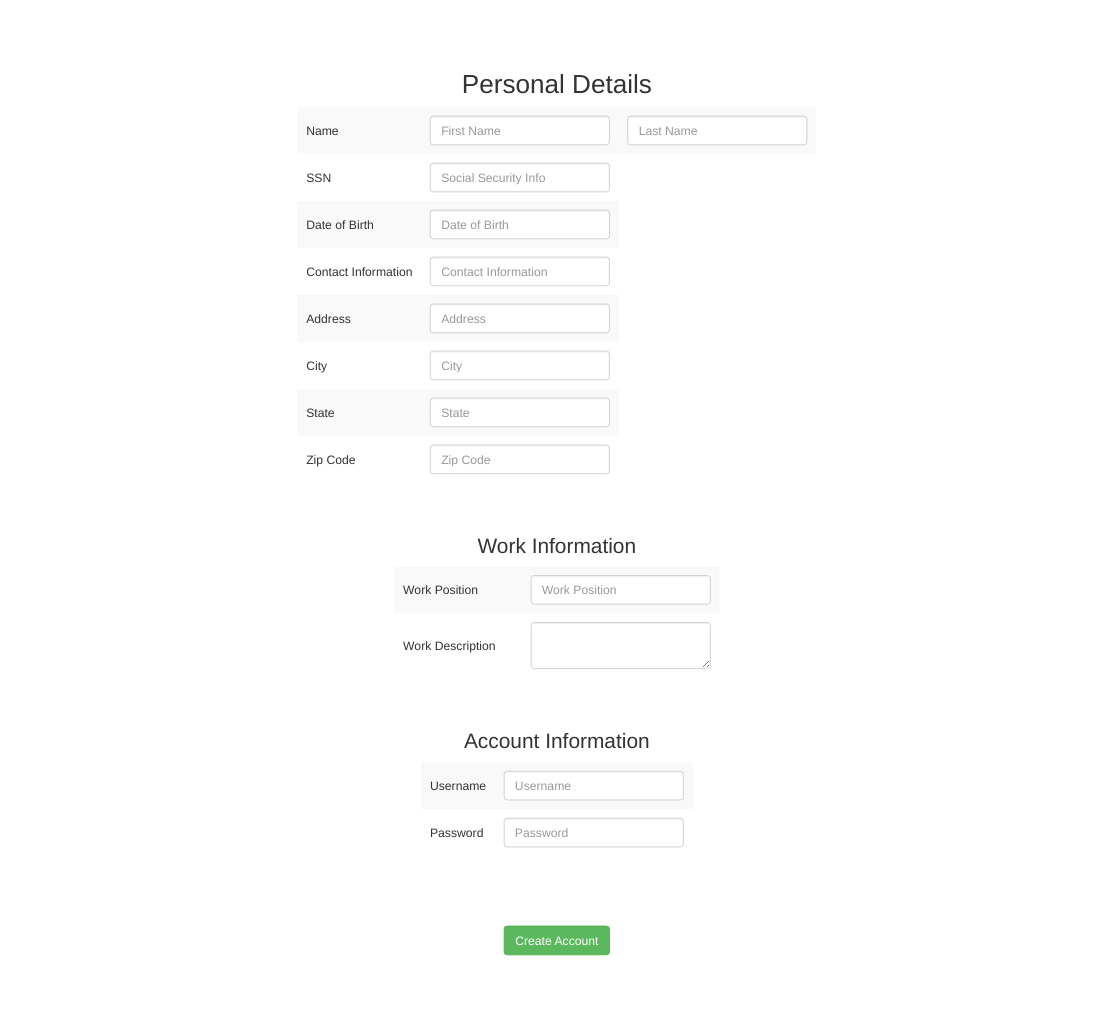
Repository: harshadrane89/CMPE273-WebService-AirlineManagement
Page: http://localhost/AirlineManagementSystemClient/TwitterGUI/CreateEmployee.jsp
These files come from the project's save history. The page is drawn as it stood at one moment and after the next save; the edit follows.
The browser window is 1280 px wide. The pictures show the whole page, at 87% of full size.
The page is served by Tomcat 9. Other server files are loaded and not shown.

Above is the page before, as saved 2013-12-08 06:48:02.

### 273_Project_Tomcat/AirlineManagementSystemClient/WebContent/TwitterGUI/CreateEmployee.jsp
<%@page import="com.airlinemgmt.beans.AirlineEmployee"%>
<%@ page language="java" contentType="text/html; charset=ISO-8859-1"
	pageEncoding="ISO-8859-1"%>
<!DOCTYPE html PUBLIC "-//W3C//DTD HTML 4.01 Transitional//EN" "http://www.w3.org/TR/html4/loose.dtd">
<html>
<head>
<meta http-equiv="Content-Type" content="text/html; charset=ISO-8859-1">
<title></title>
<link href="../css/bootstrap.min.css" rel="stylesheet" media="screen">
</head>
<body>
	<form action="">
	<%
	AirlineEmployee emp=new AirlineEmployee();
	if (session.getAttribute("empObj")!=null)
	{
		emp=(AirlineEmployee)session.getAttribute("empObj");
	}
		%>
		<center>
		<br>
		<br>
		<br>

			<h2>Personal Details</h2>

			<table cellpadding="10px" cellspacing="10px" class="table-striped">
				<tr>
					<td>Name</td>
					<td><input type="text" placeholder="First Name" name="fName"
						value="<%=emp.getfName()!=null?emp.getfName():""%>" class="form-control" required="true"></td>
					<td><input type="text" placeholder="Last Name" name="lName"
						value="<%=emp.getlName()!=null?emp.getlName():""%>" class="form-control" required="true"></td>
				</tr>
				<tr>
					<td>SSN</td>
					<td><input type="text" placeholder="Social Security Info"
						name="ssn" value="<%=emp.getSSN()!=null?emp.getSSN():""%>" class="form-control" required="true"></td>
				</tr>
				<tr>
					<td>Date of Birth</td>
					<td><input type="text" placeholder="Date of Birth" name="dob" value="<%=emp.getDob()!=null?emp.getDob():""%>" class="form-control" required="true">
					</td>
				</tr>
				<tr>
					<td>Contact Information</td>
					<td><input type="text" placeholder="Contact Information"
						name="cInfo" value="<%=emp.getContactNo()!=null?emp.getContactNo():""%>" class="form-control" required="true"></td>
				</tr>
				<tr>
					<td>Address</td>
					<td><input type="text" placeholder="Address" name="address" value="<%=emp.getAddress()!=null?emp.getAddress():""%>" class="form-control" required="true">
					</td>
				</tr>
				<tr>
					<td>City</td>
					<td><input type="text" placeholder="City" name="city" value="<%=emp.getCity()!=null?emp.getCity():""%>" class="form-control" required="true">
					</td>
				</tr>
				<tr>
					<td>State</td>
					<td><input type="text" placeholder="State" name="state" value="<%=emp.getState()!=null?emp.getState():""%>" class="form-control" required="true" >
					</td>
				</tr>
				<tr>
					<td>Zip Code</td>
					<td><input type="text" placeholder="Zip Code" name="zip" value="<%=emp.getZipCode()!=null?emp.getZipCode():""%>" class="form-control" required="true" >
					</td>
				</tr>
			</table>

	</center>
	<br>
	<br>

	<center>
		<h3>Work Information</h3>
		<table cellpadding="10px" cellspacing="10px" class="table-striped">
			<tr>
				<td>Work Position</td>
				<td>
				<td>
				<input type="text" placeholder="Work Position" name="wTitle" value="<%=emp.getPosition()!=null?emp.getPosition():""%>" class="form-control" required="true" >
				</td>
			</tr>
			<tr>
				<td>Work Description</td>
				<td>
				<td><textarea placeholder="Work Description" name="wDesc" value="<%=emp.getWorkDesc()!=null?emp.getWorkDesc():""%>" class="form-control" required="true" >
					</textarea></td>
			</tr>

		</table>
	</center>
	<br>
	<br>

	<center>
		<h3>Account Information</h3>
		<table cellpadding="10px" cellspacing="10px" class="table-striped" class=" form-control">
			<tr>
				<td>
					Username
				</td>
				<td>
					<input type="text" placeholder="Username" name="uName" value="<%=emp.getUserName()!=null?emp.getUserName():""%>" class="form-control" required="true" >
				</td>
			</tr>
			<tr>
				<td>
					Password
				</td>
				<td>
					<input type="password" placeholder="Password" name="uPasswd" value="<%=emp.getPassword()!=null?emp.getPassword():""%>" class="form-control" required="true" >
				</td>
			</tr>

		</table>
		<br>
	<br>
	<br>
	<br>
			<input type="submit" value="Create Account" class="btn btn-success">
	</center>

	<br>
	<br>
	<br>
	<br>

	</form>
</body>
</html>

### 273_Project_Tomcat/AirlineManagementSystemClient/src/com/airlinemgmt/beans/Person.java
package com.airlinemgmt.beans;

import java.io.Serializable;

public class Person implements Serializable{

	/**
	 *
	 */
	private static final long serialVersionUID = 1L;
	private int personId;
	private String fName;
	private String lName;
	private String address;
	private String city;
	private String state;
	private String zipCode;
	private String dob;
	private int isActive;
	private String roleId;
	private String contactNo;
	private String password;
	private String userName;

	public String getPassword() {
		return password;
	}
	public void setPassword(String password) {
		this.password = password;
	}
	public String getUserName() {
		return userName;
	}
	public void setUserName(String username) {
		this.userName = username;
	}
	public String getContactNo() {
		return contactNo;
	}
	public void setContactNo(String contactNo) {
		this.contactNo = contactNo;
	}
	public int getPersonId() {
		return personId;
	}
	public void setPersonId(int personId) {
		this.personId = personId;
	}
	public String getfName() {
		return fName;
	}
	public void setfName(String fName) {
		this.fName = fName;
	}
	public String getlName() {
		return lName;
	}
	public void setlName(String lName) {
		this.lName = lName;
	}
	public String getAddress() {
		return address;
	}
	public void setAddress(String address) {
		this.address = address;
	}
	public String getCity() {
		return city;
	}
	public void setCity(String city) {
		this.city = city;
	}
	public String getState() {
		return state;
	}
	public void setState(String state) {
		this.state = state;
	}
	public String getZipCode() {
		return zipCode;
	}
	public void setZipCode(String zipCode) {
		this.zipCode = zipCode;
	}
	public String getDob() {
		return dob;
	}
	public void setDob(String dob) {
		this.dob = dob;
	}
	public int getIsActive() {
		return isActive;
	}
	public void setIsActive(int isActive) {
		this.isActive = isActive;
	}
	public String getRoleId() {
		return roleId;
	}
	public void setRoleId(String roleId) {
		this.roleId = roleId;
	}


}

### 273_Project_Tomcat/AirlineManagementSystemClient/src/com/airlinemgmt/beans/AirlineEmployee.java
package com.airlinemgmt.beans;

import java.io.Serializable;

public class AirlineEmployee extends Person implements Serializable {

	/**
	 *
	 */
	private static final long serialVersionUID = 1L;
	private String empId;
	private String workDesc;
	private String hireDate;
	private String position;
	private String SSN;

	public String getSSN() {
		return SSN;
	}

	public void setSSN(String sSN) {
		SSN = sSN;
	}

	public String getEmpId() {
		return empId;
	}

	public void setEmpId(String empId) {
		this.empId = empId;
	}

	public String getWorkDesc() {
		return workDesc;
	}

	public void setWorkDesc(String workDesc) {
		this.workDesc = workDesc;
	}

	public String getHireDate() {
		return hireDate;
	}

	public void setHireDate(String hireDate) {
		this.hireDate = hireDate;
	}

	public String getPosition() {
		return position;
	}

	public void setPosition(String position) {
		this.position = position;
	}

}

Loaded but not shown: 273_Project_Tomcat/AirlineManagementSystemClient/WebContent/css/bootstrap.min.css (library)

After the next save:
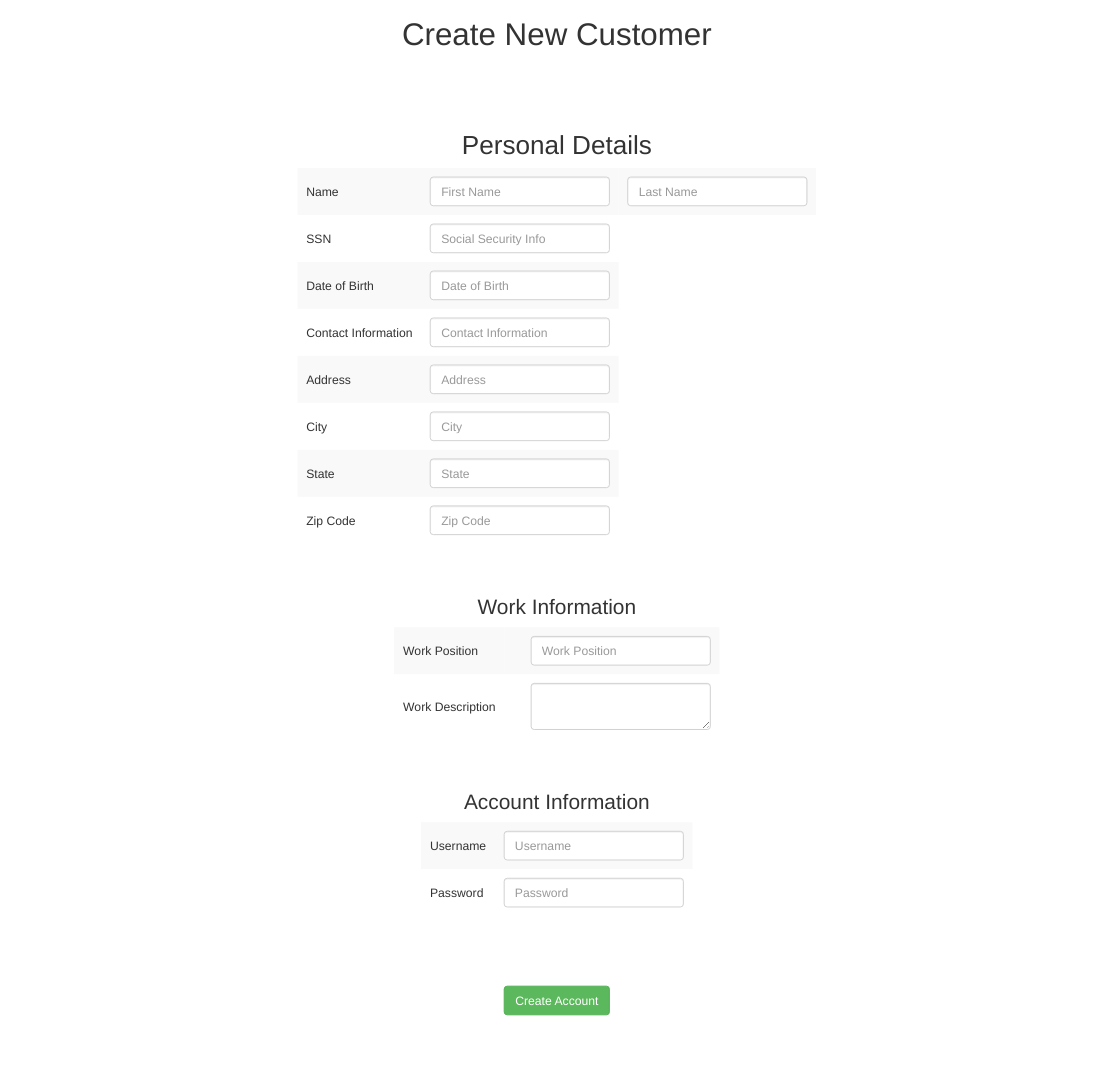
Saved 25 s later.
--- a/273_Project_Tomcat/AirlineManagementSystemClient/WebContent/TwitterGUI/CreateEmployee.jsp
+++ b/273_Project_Tomcat/AirlineManagementSystemClient/WebContent/TwitterGUI/CreateEmployee.jsp
@@ -18,6 +18,7 @@
 	}
 		%>
 		<center>
+		<h1>Create New Customer</h1>
 		<br>
 		<br>
 		<br>
